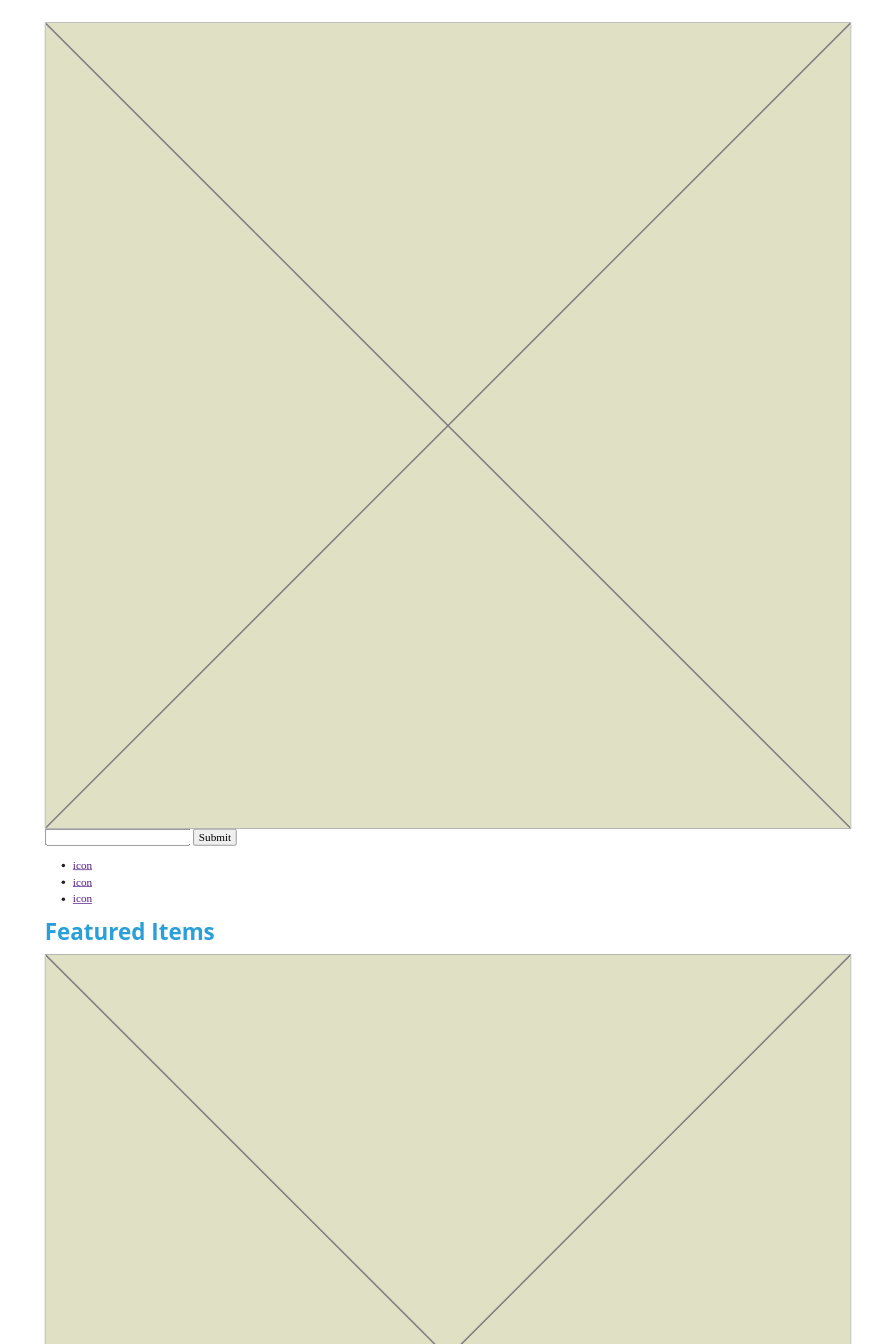
Repository: AdrianTejada/Lab03-Project-1
Page: index.html
An editor plug-in stored every save of this project. The page is shown before and after the next save, followed by the edit.
The browser window is 1280 px wide. The pictures show the part of the page from y = 0 to 1920 px (the page is 17745 px tall before and 6140 px after), at 70% of full size.

Above is the page before, as saved 2021-01-26 16:51:45.

After the next save:
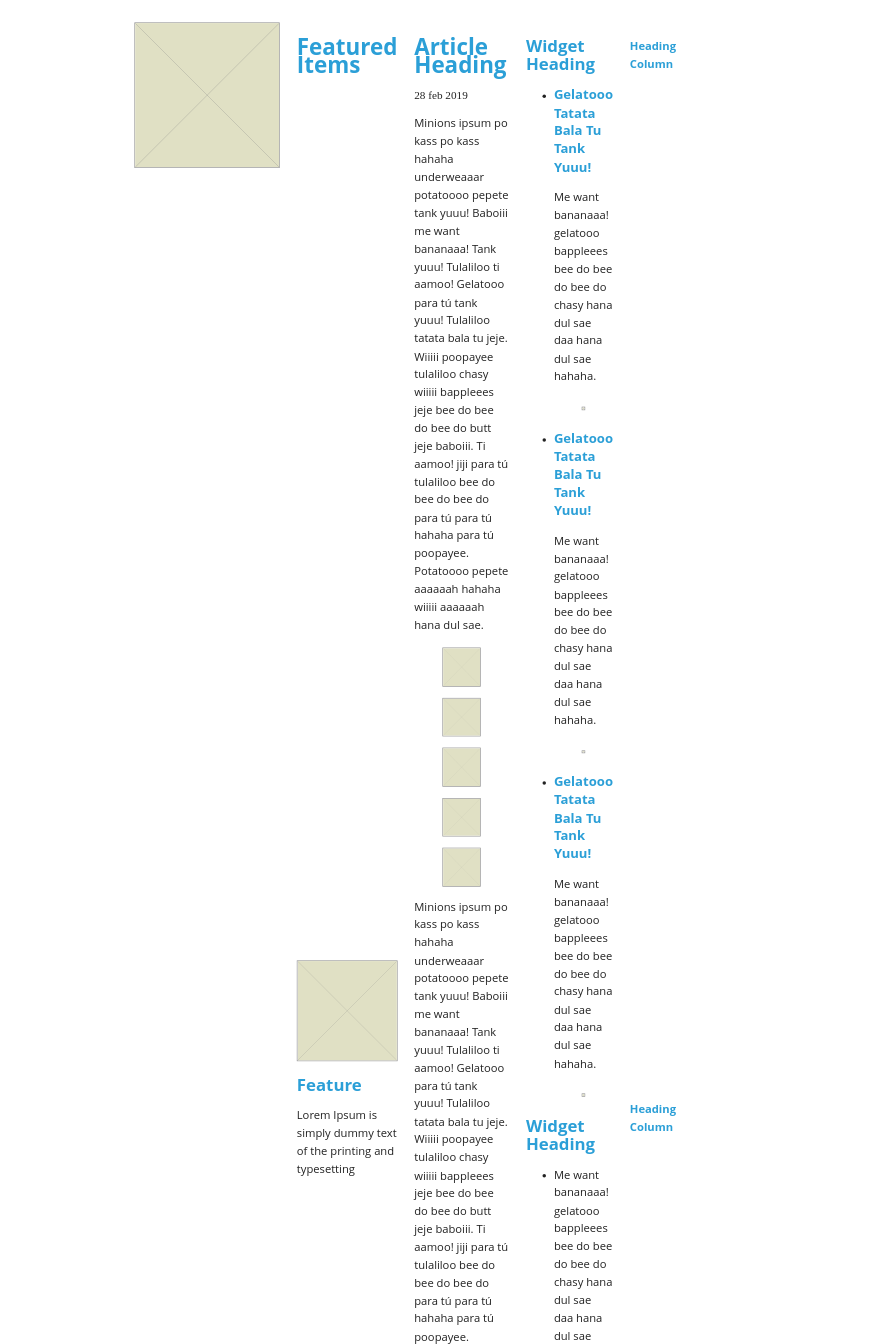
Saved 10 min 44 s later.
--- a/css/main.css
+++ b/css/main.css
@@ -116,6 +116,26 @@
     html {
         margin: 0 2rem;
     }
+
+    .page,
+    .page__header,
+    .featured,
+    .page__footer {
+        display: grid;
+    }
+
+    .page {
+        min-width: 40rem;
+        max-width: 60rem;
+        grid-column-gap: 1.5rem;
+        grid-row-gap: 0;
+        grid-template-columns: repeat(6, 1fr);
+        grid-template-areas:
+        "hd hd hd hd hd hd"
+        "fr fr fr fr fr fr"
+        "mn mn mn sd sd sd"
+        "ft ft ft ft ft ft";
+    }
 }
 
 /* ==========================================================================
